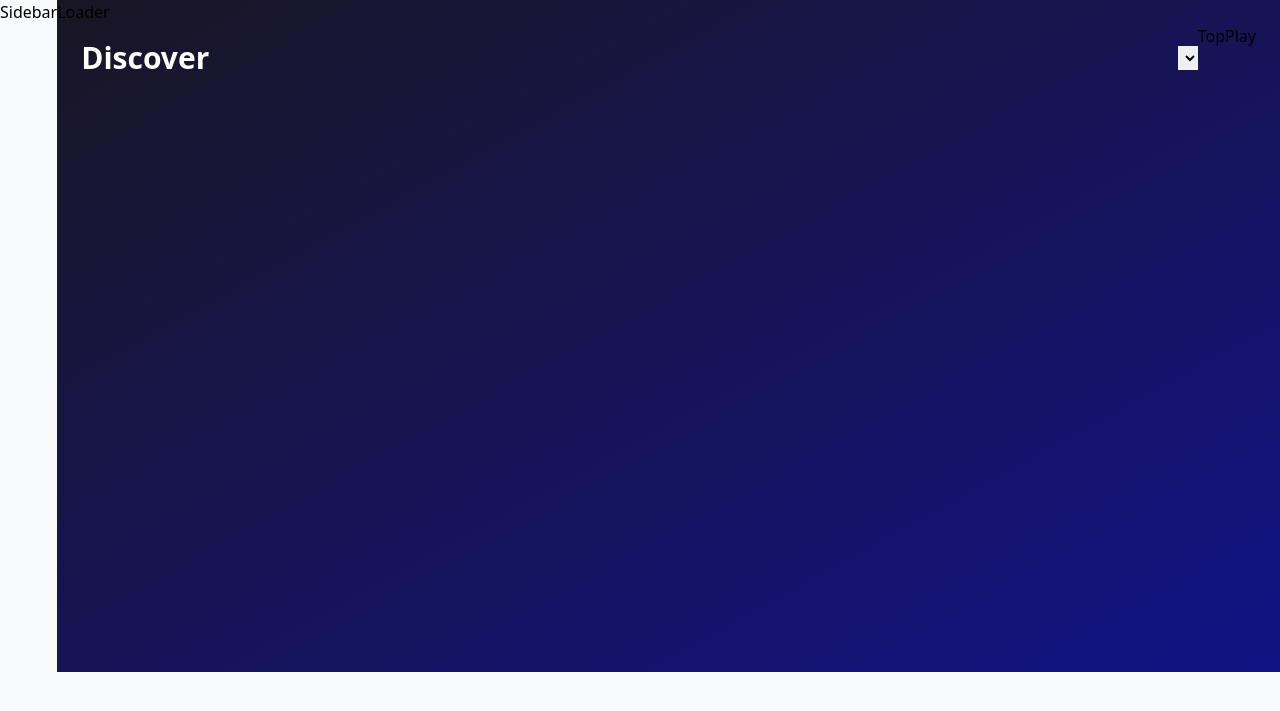
Repository: Chris24T/Dotify
Page: /
The author's editor kept a copy of each file at every save. The page is drawn from the files as they stood at one save, then again after the next save.
The browser window is 1280 px wide. The pictures show the whole page.
The project was rebuilt for these pictures with package versions that can differ from the ones it lists, and the page was loaded fresh each time. Also part of the build but not shown: vite.config.js, src/components/SongCard.jsx, src/components/ArtistCard.jsx, src/components/DetailsHeader.jsx, src/components/PlayPause.jsx, src/components/SongBar.jsx, src/components/RelatedSongs.jsx, src/components/MusicPlayer/Controls.jsx and 13 more.

Above is the page before, as saved 2022-12-03 20:34:25.

### src/redux/features/playerSlice.js
import { createSlice } from '@reduxjs/toolkit';

const initialState = {
  currentSongs: [],
  currentIndex: 0,
  isActive: false,
  isPlaying: false,
  activeSong: {},
  genreListId: '',
};

const playerSlice = createSlice({
  name: 'player',
  initialState,
  reducers: {
    setActiveSong: (state, action) => {
      state.activeSong = action.payload.song;

      if (action.payload?.data?.tracks?.hits) {
        state.currentSongs = action.payload.data.tracks.hits;
      } else if (action.payload?.data?.properties) {
        state.currentSongs = action.payload?.data?.tracks;
      } else {
        state.currentSongs = action.payload.data;
      }

      state.currentIndex = action.payload.i;
      state.isActive = true;
    },

    nextSong: (state, action) => {
      if (state.currentSongs[action.payload]?.track) {
        state.activeSong = state.currentSongs[action.payload]?.track;
      } else {
        state.activeSong = state.currentSongs[action.payload];
      }

      state.currentIndex = action.payload;
      state.isActive = true;
    },

    prevSong: (state, action) => {
      if (state.currentSongs[action.payload]?.track) {
        state.activeSong = state.currentSongs[action.payload]?.track;
      } else {
        state.activeSong = state.currentSongs[action.payload];
      }

      state.currentIndex = action.payload;
      state.isActive = true;
    },

    playPause: (state, action) => {
      state.isPlaying = action.payload;
    },

    selectGenreListId: (state, action) => {
      state.genreListId = action.payload;
    },
  },
});

export const { setActiveSong, nextSong, prevSong, playPause, selectGenreListId } = playerSlice.actions;

export default playerSlice.reducer;

### src/pages/Discover.jsx
import { Error, Loader, SongCard } from '../components';
import { genres } from '../assets/constants';

const Discover = () => {
  return (
    <div className="flex flex-col">
      <div className="w-full flex justify-between items-center sm:flex-row flex-col mt-4 mb-10">
        <h2 className="font-bold text-3xl text-white text-left">Discover</h2>
        <select></select>
      </div>
    </div>
  );
};

export default Discover;

### src/assets/constants.js
import { HiOutlineHashtag, HiOutlineHome, HiOutlinePhotograph, HiOutlineUserGroup } from 'react-icons/hi';

export const genres = [
  { title: 'Pop', value: 'POP' },
  { title: 'Hip-Hop', value: 'HIP_HOP_RAP' },
  { title: 'Dance', value: 'DANCE' },
  { title: 'Electronic', value: 'ELECTRONIC' },
  { title: 'Soul', value: 'SOUL_RNB' },
  { title: 'Alternative', value: 'ALTERNATIVE' },
  { title: 'Rock', value: 'ROCK' },
  { title: 'Latin', value: 'LATIN' },
  { title: 'Film', value: 'FILM_TV' },
  { title: 'Country', value: 'COUNTRY' },
  { title: 'Worldwide', value: 'WORLDWIDE' },
  { title: 'Reggae', value: 'REGGAE_DANCE_HALL' },
  { title: 'House', value: 'HOUSE' },
  { title: 'K-Pop', value: 'K_POP' },
];

export const links = [
  { name: 'Discover', to: '/', icon: HiOutlineHome },
  { name: 'Around You', to: '/around-you', icon: HiOutlinePhotograph },
  { name: 'Top Artists', to: '/top-artists', icon: HiOutlineUserGroup },
  { name: 'Top Charts', to: '/top-charts', icon: HiOutlineHashtag },
];

Loaded but not shown: index.html (common file); src/index.jsx (common file); src/index.css (common file); src/App.jsx (common file); src/redux/store.js (common file); src/components/index.js (common file); src/pages/index.js (common file); src/components/Sidebar.jsx (common file); src/components/Searchbar.jsx (common file); src/components/TopPlay.jsx (common file); tailwind.config.js (common file)

After the next save:
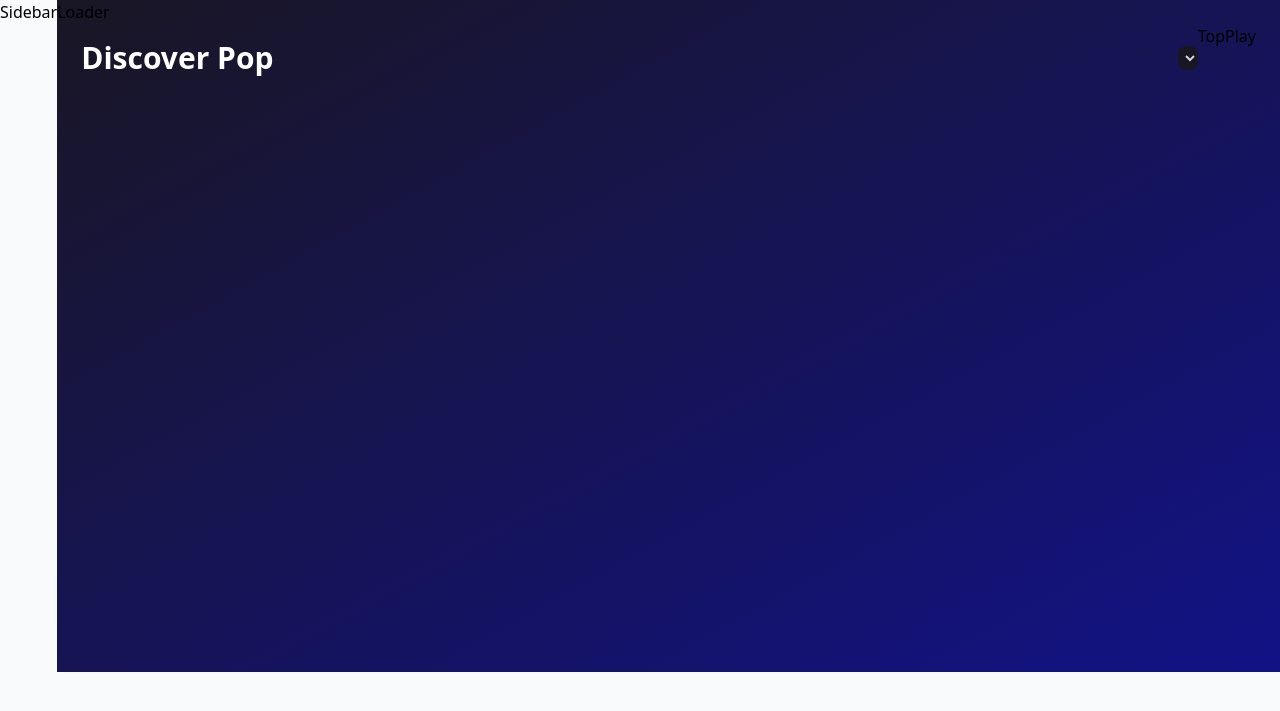
Saved 2 min 21 s later.
--- a/src/pages/Discover.jsx
+++ b/src/pages/Discover.jsx
@@ -2,11 +2,19 @@ import { Error, Loader, SongCard } from '../components';
 import { genres } from '../assets/constants';
 
 const Discover = () => {
+  const genreTitle = 'Pop';
+
   return (
     <div className="flex flex-col">
       <div className="w-full flex justify-between items-center sm:flex-row flex-col mt-4 mb-10">
-        <h2 className="font-bold text-3xl text-white text-left">Discover</h2>
-        <select></select>
+        <h2 className="font-bold text-3xl text-white text-left">
+          Discover {genreTitle}
+        </h2>
+        <select
+          onChange={() => {}}
+          value=""
+          className="bg-black rounded-lg outline-none text-gray-300 sm:mt-0 mt-5"
+        ></select>
       </div>
     </div>
   );
